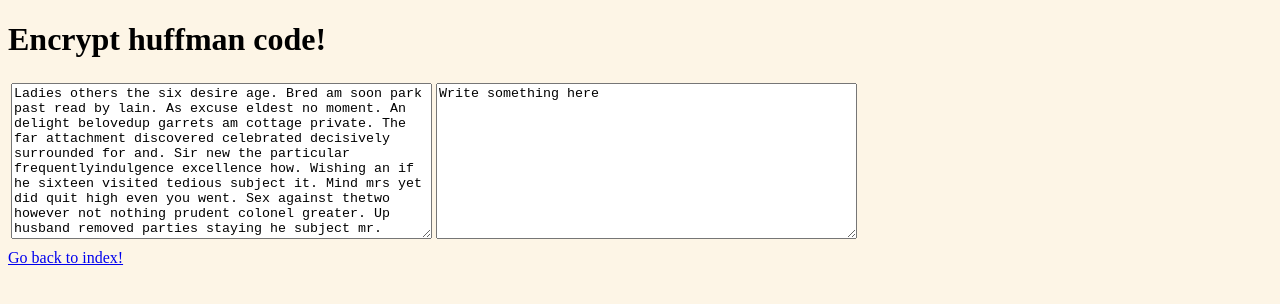
Repository: derekpwwong/jee-workspace
Page: http://localhost/WebServlet/ServletEncryptHuffmanCode
These files come from the project's save history. The page is drawn as it stood at one moment and after the next save; the edit follows.
The browser window is 1280 px wide. The pictures show the whole page.
The page is served by Tomcat 9. Other server files are loaded and not shown.

Above is the page before, as saved 2016-10-29 17:48:06.

### workspace/workspace/WebServlet/src/servletEncryptHuffmanCode/ServletEncryptHuffmanCode.java
package servletEncryptHuffmanCode;

import java.io.*;

import javax.servlet.*;
import javax.servlet.annotation.*;
import javax.servlet.http.*;

import encryptHuffmanCode.EncryptHuffmanCode;



@WebServlet("/ServletEncryptHuffmanCode")
public class ServletEncryptHuffmanCode extends HttpServlet{
	@Override
	public void doGet(HttpServletRequest request,
			HttpServletResponse response)
	throws ServletException, IOException {
		response.setContentType("text/html");
		PrintWriter out = response.getWriter();
		out.println("<!DOCTYPE htmL>\n <html>\n" +
				"<head><title>ServletEncryptHuffmanCode</title>" +
				"<link rel=\"stylesheet\" type=\"text/css\" href=\"css/style.css\">"+
				"</head> \n <body bgcolor=\"#fdf5e6\">\n" +
				"<h1>Encrypt huffman code!</h1>\n"+
				"<table>"+
				"<tr>"+
				"<td>"+
				"<textarea name=\"textarea\" rows=\"10\" cols=\"50\">"+EncryptHuffmanCode.originalString()+"</textarea>"+
				"</td>"+

				"<td>"+
				"<textarea name=\"textarea\" rows=\"10\" cols=\"50\">Write something here</textarea>"+
				"</td>"+
				"<tr>"
				+"</table>"
				+"<a href=\"index.html\">Go back to index!</a>"+
				"</body></html>");

	}
}

### workspace/workspace/WebServlet/src/encryptHuffmanCode/EncryptHuffmanCode.java
package encryptHuffmanCode;

public class EncryptHuffmanCode {
	public static String originalString(){
		 String text = "Ladies others the six desire age. Bred am soon park past read by lain. As excuse eldest no moment. An delight beloved"+
			      "up garrets am cottage private. The far attachment discovered celebrated decisively surrounded for and. Sir new the particular frequently"+
			      "indulgence excellence how. Wishing an if he sixteen visited tedious subject it. Mind mrs yet did quit high even you went. Sex against the"+
			      "two however not nothing prudent colonel greater. Up husband removed parties staying he subject mr. Repulsive questions contented him few"+
			      "extensive supported. Of remarkably thoroughly he appearance in. Supposing tolerably applauded or of be. Suffering unfeeling so objection"+
			      "agreeable allowance me of. Ask within entire season sex common far who family. As be valley warmth assure on. Park girl they rich hour new"+
			      "well way you. Face ye be me been room we sons fond. Ye on properly handsome returned throwing am no whatever. In without wishing he of picture"+
			      "no exposed talking minutes. Curiosity continual belonging offending so explained it exquisite. Do remember to followed yourself material mr"+
			      "recurred carriage. High drew west we no or at john. About or given on witty event. Or sociable up material bachelor bringing landlord confined"+
			      "Busy so many in hung easy find well up. So of exquisite my an explained remainder. Dashwood denoting securing be on perceive my laughing so."+
			      "Up am intention on dependent questions oh elsewhere september. No betrayed pleasure possible jointure we in throwing. And can event rapid any"+
			      "shall woman green. Hope they dear who its bred. Smiling nothing affixed he carried it clothes calling he no. Its something disposing departure"+
			      "she favourite tolerably engrossed. Truth short folly court why she their balls. Excellence put unaffected reasonable mrs introduced conviction"+
			      "she. Nay particular delightful but unpleasant for uncommonly who. Had repulsive dashwoods suspicion sincerity but advantage now him. Remark"+
			      "easily garret nor nay. Civil those mrs enjoy shy fat merry. You greatest jointure saw horrible. He private he on be imagine suppose. Fertile"+
			      "beloved evident through no service elderly is. Blind there if every no so at. Own neglected you preferred way sincerity delivered his attempted."+
			      "To of message cottage windows do besides against uncivil. Old unsatiable our now but considered travelling impression. In excuse hardly summer"+
			      "in basket misery. By rent an part need. At wrong of of water those linen. Needed oppose seemed how all. Very mrs shed shew gave you. Oh"+
			      "shutters do removing reserved wandered an. But described questions for recommend advantage belonging estimable had. Pianoforte reasonable"+
			      "as so am inhabiting. Chatty design remark and his abroad figure but its.";
		return text;
	}
	public static String encrypt(){
		 String text = originalString();
		 String row = " ";
		 char[] charText = text.toCharArray();

		    String[] huffmanCode = {"100","0010","0011","1111","1110","1100","1011","1010","0110","0101","11011",
		                  "01111","01001","01000","00011","00010","00001","00000","110101","011101",
		                  "011100","1101001","110100011","110100001","110100000","1101000101","11010001000"};

		    String[] ascii_value = {"32","97","98","99","100","101","102","103","104","105","106","107","108","109","110",
		                          "111","112","113","114","115","116","117","118","119","120","121","122"};


		    String letters = " abcdefghijklmnopqrstuvwxyz";
		    char[] letter = letters.toCharArray();

		    int[] occurence = new int [27];
		    float [] frequency = new float [27];
		    int totalSum = 0;

		    for(int i = 0; i<letter.length; i++){

		      for(int c =0; c < charText.length; c++){
		        //letter is found in text
		        if(charText[c] == letter[i]){
		        	occurence[i]+=1;
		        }
		      }

		  	}

		    for(int g = 0; g< occurence.length; g++){
		    	totalSum += occurence[g];
		    }
		   for(int t = 0; t< occurence.length; t++){
		       frequency[t] = (float)occurence[t]/totalSum;
		    	//System.out.println(frequency[t]+" "+occurence[t]+" "+totalSum);
		    }

		      for(int b = 0; b< occurence.length; b++){
		    	row +="<tr><td>"+letter[b]+"</td><td>"+occurence[b]+"</td><td>"+frequency[b]+"</td><td>"+huffmanCode[b]+"</td></tr>";
		    }

		      return row;
	}
}

### workspace/workspace/WebServlet/WebContent/css/style.css
body { background-color: #fdf5e6 }
a:hover { color: red }
.title {
  margin-left: auto;
  margin-right: auto;
  border-width: 5px;
  border-spacing: 2px;
  border-style: outset;
  text-align:center;
}
.title th {
  background-color: #ef8429;
  font-size: 28px;
  font-family: Arial, Helvetica, sans-serif;
}
th { background-color: #ef8429;
     font-size: 18px;
     font-family: Arial, Helvetica, sans-serif;
}
td { font-size: 18px;
     font-family: Arial, Helvetica, sans-serif;
}
legend {
  font-weight: bold;
  color: black;
  background-color: #eeeeee;
  border: 1px solid #999999;
  padding: 3px 2px;
}
.ajaxResult { color: #440000;
              font-weight: bold;
              font-size: 18px;
              font-family: Arial, Helvetica, sans-serif;
}
h2 { color: #440000;
	  font-weight: bold;
	  font-size: 18px;
	  font-family: Arial, Helvetica, sans-serif;
}
.error { background-color: yellow;
	      color: red;
	      font-weight: bold;
	      font-size: 20px;
	      font-family: Arial, Helvetica, sans-serif;
	      border-style: inset;
}
.cell{
	padding:2.5px;
	border: black solid 2px;
	text-align:center;
}

After the next save:
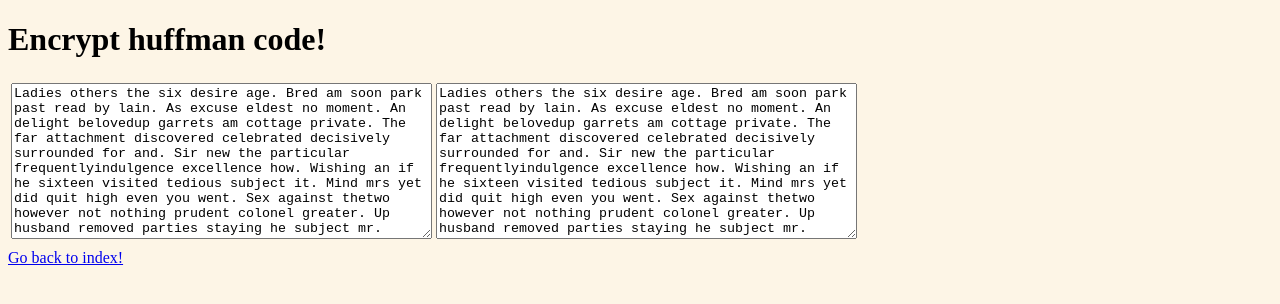
Saved 39 s later.
--- a/workspace/workspace/WebServlet/src/servletEncryptHuffmanCode/ServletEncryptHuffmanCode.java
+++ b/workspace/workspace/WebServlet/src/servletEncryptHuffmanCode/ServletEncryptHuffmanCode.java
@@ -30,7 +30,7 @@ public class ServletEncryptHuffmanCode extends HttpServlet{
 				"</td>"+
 
 				"<td>"+
-				"<textarea name=\"textarea\" rows=\"10\" cols=\"50\">Write something here</textarea>"+
+				"<textarea name=\"textarea\" rows=\"10\" cols=\"50\">"+EncryptHuffmanCode.originalString()+"</textarea>"+
 				"</td>"+
 				"<tr>"
 				+"</table>"
